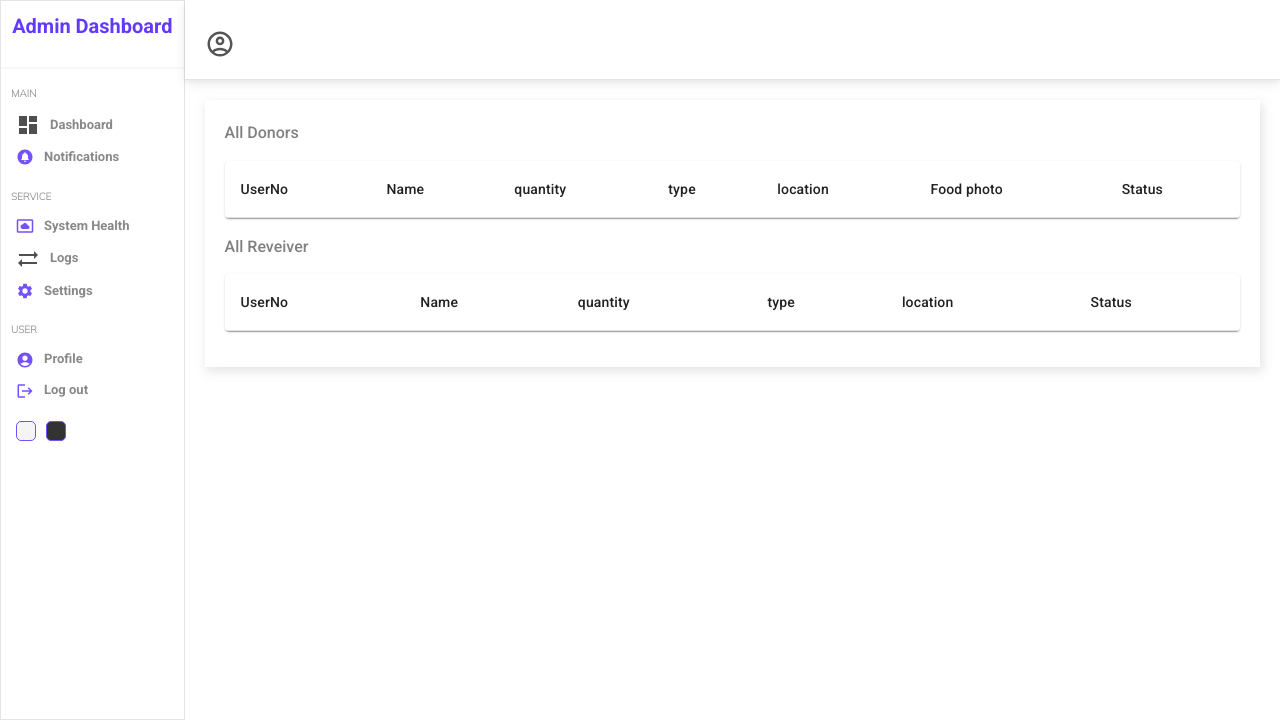
Repository: psbro/beta03_hackoverdose
Page: /dashboard/admin (app in frontend/annaseva/)
These files come from the project's save history. The page is drawn as it stood at one moment and after the next save; the edit follows.
The browser window is 1280 px wide. The pictures show the whole page.
The page's requests for data from a server got no answer. The project was rebuilt for these pictures with package versions that can differ from the ones it lists, and the page was loaded fresh each time. No one was signed in, and anything a server would have sent is missing. Also part of the build but not shown: frontend/annaseva/src/Home/components/Nav.js, frontend/annaseva/src/Home/components/main_box/Main_box.jsx, frontend/annaseva/src/Home/components/main__components/Main__components.jsx, frontend/annaseva/src/Home/pages/Main.jsx, frontend/annaseva/src/Home/components/Aim/Aim__components.jsx, frontend/annaseva/src/Home/pages/Aim.jsx, frontend/annaseva/src/Home/components/gallery__components/Gallery__components.jsx, frontend/annaseva/src/Home/pages/Gallery.jsx and 38 more.

Above is the page before, as saved 2022-12-04 00:20:33.

After the next save:
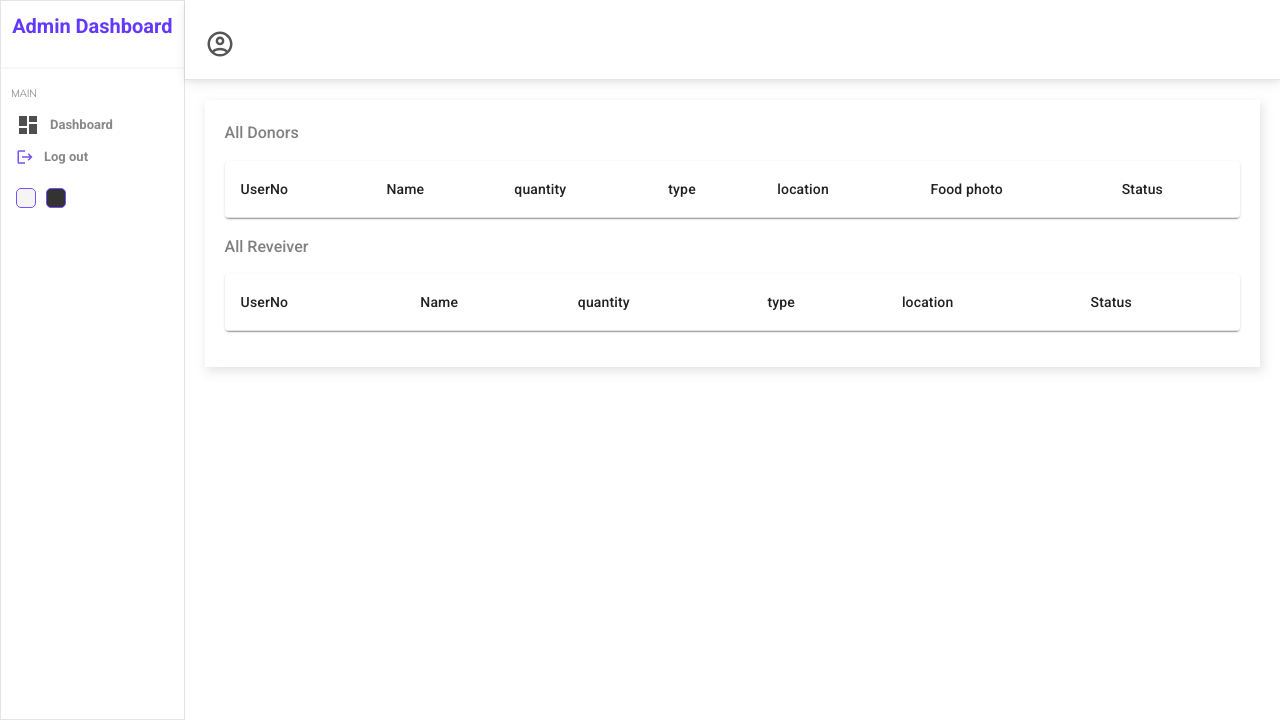
Saved 7 s later.
--- a/frontend/annaseva/src/dashboard__user/components/sidebar/Sidebar.jsx
+++ b/frontend/annaseva/src/dashboard__user/components/sidebar/Sidebar.jsx
@@ -42,35 +42,7 @@ const Sidebar = () => {
 
 
 
-                    <li>
-                        <CircleNotificationsIcon className="icon" />
-                        <span>Notifications</span>
-                    </li>
 
-                    <p className="title">SERVICE</p>
-
-                    <li>
-                        <SettingsSystemDaydreamIcon className="icon" />
-                        <span>System Health</span>
-                    </li>
-
-
-                    <li>
-                        <SyncAltIcon />
-                        <span>Logs</span>
-                    </li>
-
-                    <li>
-                        <SettingsIcon className="icon" />
-                        <span>Settings</span>
-                    </li>
-
-                    <p className="title">USER</p>
-
-                    <li>
-                        <AccountCircleIcon className="icon" />
-                        <span>Profile</span>
-                    </li>
 
                     <li>
                         <LogoutIcon className="icon" />
